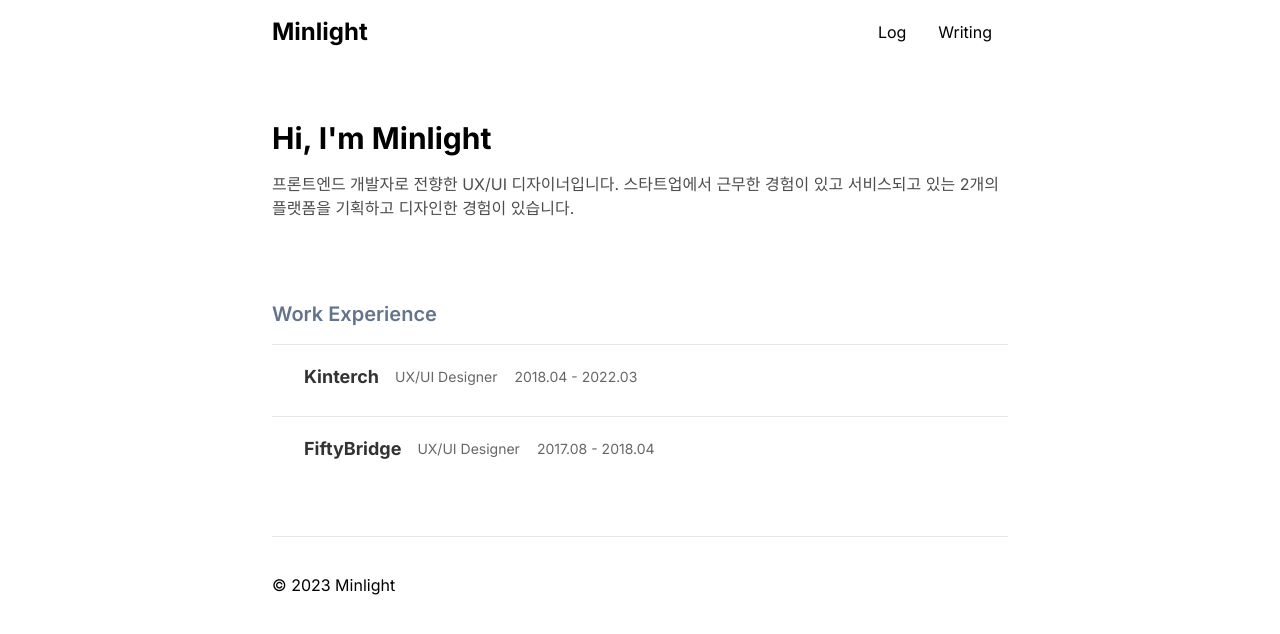
Repository: kwngmin/minlight-log
Page: /
These files come from the project's save history. The page is drawn as it stood at one moment and after the next save; the edit follows.
The browser window is 1280 px wide. The pictures show the whole page.
The project was rebuilt for these pictures with package versions that can differ from the ones it lists, and the page was loaded fresh each time. The framework's server and built-in components were replaced by stand-ins that run in the browser. Also part of the build but not shown: next.config.js.

Above is the page before, as saved 2023-04-04 16:26:28.

### src/app/layout.tsx
import "./globals.css";
import Footer from "@/components/Footer";
import Header from "@/components/Header";

import { Inter } from "next/font/google";
const inter = Inter({ subsets: ["latin"] });

export const metadata = {
  title: {
    default: "Minlight",
    template: "Minlight | %s",
  },
  description: "Minlight log",
};

export default function RootLayout({
  children,
}: {
  children: React.ReactNode;
}) {
  return (
    <html lang="en" className={inter.className}>
      <body className="flex flex-col max-w-screen-md mx-auto px-4">
        <Header />
        <main className="">{children}</main>
        <Footer />
      </body>
    </html>
  );
}

### src/app/page.tsx
import Table from "@/components/Table";
import Title from "@/components/Title";

const titleData = {
  title: `Hi, I'm Minlight`,
  description: `프론트엔드 개발자로 전향한 UX/UI 디자이너입니다. 스타트업에서 근무한
경험이 있고 서비스되고 있는 2개의 플랫폼을 기획하고 디자인한 경험이 있습니다.`,
};

const careerData = [
  {
    head: "Kinterch",
    content: "UX/UI Designer",
    period: "2018.04 - 2022.03",
  },
  {
    head: "FiftyBridge",
    content: "UX/UI Designer",
    period: "2017.08 - 2018.04",
  },
];

const educateData = [
  {
    head: "CodeStates",
    content: "Software Engineering Bootcamp · Frontend",
    period: "2022.06 - 2022.12",
  },
  {
    head: "IDAS, Hongik Univeristy",
    content: "Digital Media Design Major · Master of Design",
    period: "2013.03 - 2015.02",
  },
  {
    head: "Kangnam University",
    content: "Visual Design Major · Bachelor of Fine Arts",
    period: "2005.03 - 2012.02",
  },
];

export default function Home() {
  return (
    <section>
      <Title titleData={titleData} />
      <Table tableData={careerData} subject="Work Experience" />
    </section>
  );
}

### src/app/globals.css
@tailwind base;
@tailwind components;
@tailwind utilities;

* {
  box-sizing: border-box;
  padding: 0;
  margin: 0;
}
/*
:root {
  --max-width: 1100px;
  --border-radius: 12px;
  --font-mono: ui-monospace, Menlo, Monaco, "Cascadia Mono", "Segoe UI Mono",
    "Roboto Mono", "Oxygen Mono", "Ubuntu Monospace", "Source Code Pro",
    "Fira Mono", "Droid Sans Mono", "Courier New", monospace;

  --foreground-rgb: 0, 0, 0;
  --background-start-rgb: 214, 219, 220;
  --background-end-rgb: 255, 255, 255;

  --primary-glow: conic-gradient(
    from 180deg at 50% 50%,
    #16abff33 0deg,
    #0885ff33 55deg,
    #54d6ff33 120deg,
    #0071ff33 160deg,
    transparent 360deg
  );
  --secondary-glow: radial-gradient(
    rgba(255, 255, 255, 1),
    rgba(255, 255, 255, 0)
  );

  --tile-start-rgb: 239, 245, 249;
  --tile-end-rgb: 228, 232, 233;
  --tile-border: conic-gradient(
    #00000080,
    #00000040,
    #00000030,
    #00000020,
    #00000010,
    #00000010,
    #00000080
  );

  --callout-rgb: 238, 240, 241;
  --callout-border-rgb: 172, 175, 176;
  --card-rgb: 180, 185, 188;
  --card-border-rgb: 131, 134, 135;
}

@media (prefers-color-scheme: dark) {
  :root {
    --foreground-rgb: 255, 255, 255;
    --background-start-rgb: 0, 0, 0;
    --background-end-rgb: 0, 0, 0;

    --primary-glow: radial-gradient(rgba(1, 65, 255, 0.4), rgba(1, 65, 255, 0));
    --secondary-glow: linear-gradient(
      to bottom right,
      rgba(1, 65, 255, 0),
      rgba(1, 65, 255, 0),
      rgba(1, 65, 255, 0.3)
    );

    --tile-start-rgb: 2, 13, 46;
    --tile-end-rgb: 2, 5, 19;
    --tile-border: conic-gradient(
      #ffffff80,
      #ffffff40,
      #ffffff30,
      #ffffff20,
      #ffffff10,
      #ffffff10,
      #ffffff80
    );

    --callout-rgb: 20, 20, 20;
    --callout-border-rgb: 108, 108, 108;
    --card-rgb: 100, 100, 100;
    --card-border-rgb: 200, 200, 200;
  }
}

* {
  box-sizing: border-box;
  padding: 0;
  margin: 0;
}

html,
body {
  max-width: 100vw;
  overflow-x: hidden;
}

body {
  color: rgb(var(--foreground-rgb));
  background: linear-gradient(
      to bottom,
      transparent,
      rgb(var(--background-end-rgb))
    )
    rgb(var(--background-start-rgb));
}

a {
  color: inherit;
  text-decoration: none;
}

@media (prefers-color-scheme: dark) {
  html {
    color-scheme: dark;
  }
} */

### src/components/Footer.tsx
export default function Footer() {
  return (
    <section className="h-24 flex items-center border-t mt-8">
      © 2023 Minlight
    </section>
  );
}

### src/components/Header.tsx
import Link from "next/link";

const navList = [
  { name: "Log", url: "/log" },
  { name: "Writing", url: "/log" },
];

export default function Header() {
  return (
    <section className="h-16 flex items-center justify-between">
      <Link href="/" className="text-2xl font-bold">
        Minlight
      </Link>
      <nav className="">
        {navList.map(({ name, url }) => (
          <Link href={url} key={name} className="px-4">
            {name}
          </Link>
        ))}
      </nav>
    </section>
  );
}

### src/components/Table.tsx
type Props = {
  tableData: {
    head: string;
    content: string;
    period: string;
  }[];
  subject: string;
};

export default function Table({ tableData, subject }: Props) {
  return (
    <article className="my-6">
      <h2 className="text-left text-xl font-semibold text-slate-500 pb-6 lg:pb-4">
        {subject}
      </h2>
      <ul>
        {tableData.map(({ head, content, period }) => (
          <li
            key={head}
            className="flex flex-col lg:flex-row lg:items-center justify-center lg:justify-start h-20 lg:h-16 border-t gap-0 lg:gap-4 px-4 lg:px-8 mb-2"
          >
            <h3 className="font-bold text-lg text-black/80">{head}</h3>
            <section className="text-black/60 text-center lg:text-left flex items-center text-sm">
              {content}
              <span className="border-l text-xs mx-2 border-slate-400 shrink-0 " />
              {period}
            </section>
          </li>
        ))}
      </ul>
    </article>
  );
}

### src/components/Title.tsx
type TitleData = {
  title: string;
  description: string;
};
export default function Title({ titleData }: { titleData: TitleData }) {
  const { title, description } = titleData;
  return (
    <div className="py-14">
      <h1 className="text-3xl font-bold mb-4">{title}</h1>
      <p className="text-black/70 break-keep">{description}</p>
    </div>
  );
}

Loaded but not shown: tailwind.config.js (common file)

After the next save:
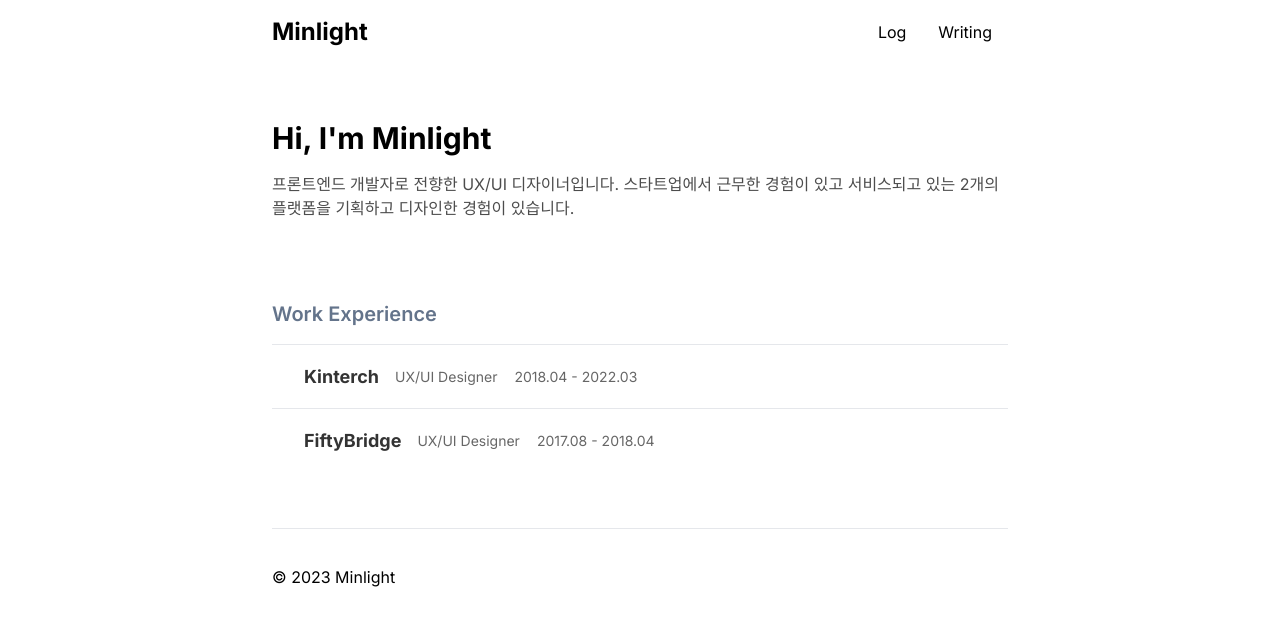
Saved 11 s later.
--- a/src/components/Table.tsx
+++ b/src/components/Table.tsx
@@ -17,7 +17,7 @@ export default function Table({ tableData, subject }: Props) {
         {tableData.map(({ head, content, period }) => (
           <li
             key={head}
-            className="flex flex-col lg:flex-row lg:items-center justify-center lg:justify-start h-20 lg:h-16 border-t gap-0 lg:gap-4 px-4 lg:px-8 mb-2"
+            className="flex flex-col lg:flex-row lg:items-center justify-center lg:justify-start h-20 lg:h-16 border-t gap-0 lg:gap-4 px-4 lg:px-8 mb-2 lg:mb-0"
           >
             <h3 className="font-bold text-lg text-black/80">{head}</h3>
             <section className="text-black/60 text-center lg:text-left flex items-center text-sm">
